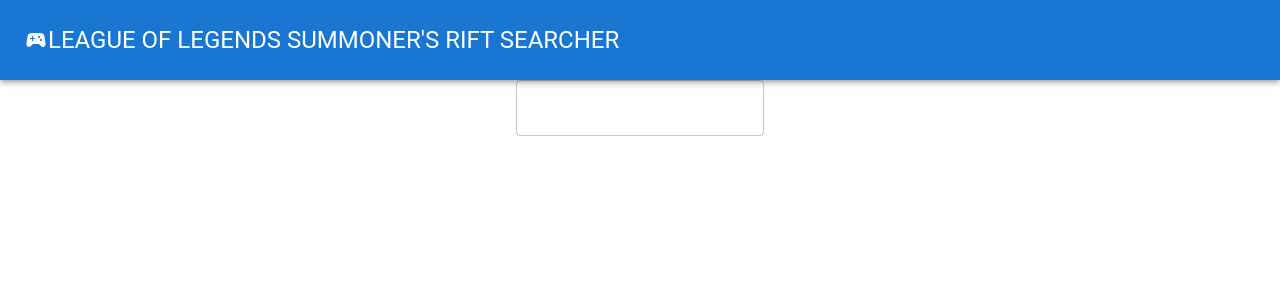
Repository: Mikerr21/League-Of-Legends-API
Page: /
These files come from the project's save history. The page is drawn as it stood at one moment and after a run of saves; the edit follows.
The browser window is 1280 px wide. The pictures show the whole page.
The project was rebuilt for these pictures with package versions that can differ from the ones it lists, and the page was loaded fresh each time.

Above is the page before, as saved 2022-09-23 18:46:35.

After the next 2 saves:
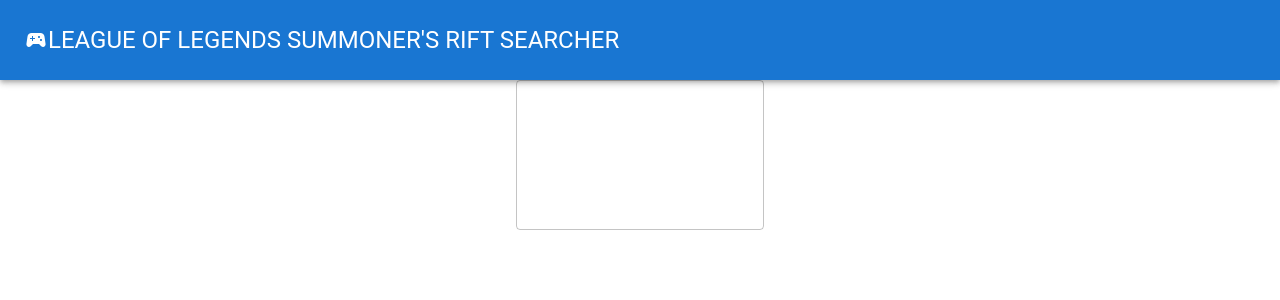
The 2 saves are shown as one change because they came seconds apart.
The last was saved 19 s later.
--- a/src/App.js
+++ b/src/App.js
@@ -26,7 +26,7 @@
 </Typography>
   </Toolbar>
 </AppBar>
-<OutlinedInput></OutlinedInput>
+<OutlinedInput style={{height:'150px'}} ></OutlinedInput>
     </div>
   );
 }
